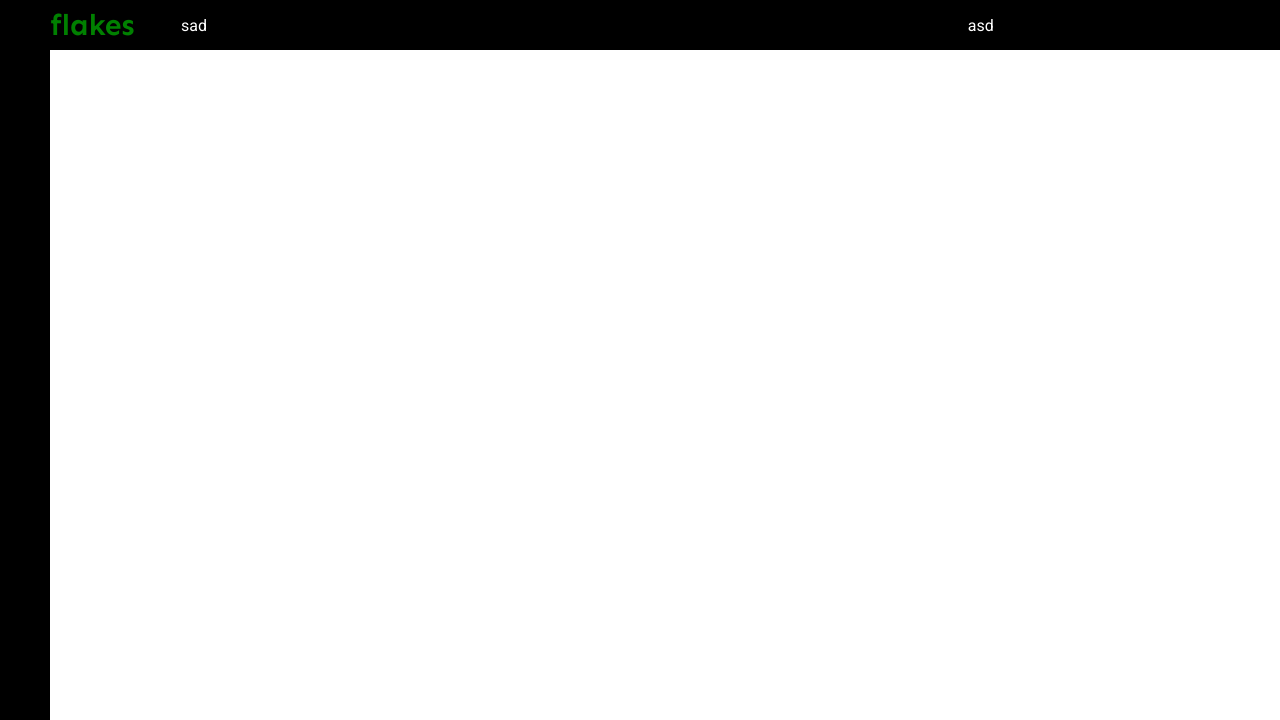
Repository: JulyK9/Movie-Website
Page: index.html
The author's editor kept a copy of each file at every save. The page is drawn from the files as they stood at one save, then again after the next save.
The browser window is 1280 px wide. The pictures show the whole page.

Above is the page before, as saved 2022-07-03 00:46:41.

### index.html
<!DOCTYPE html>
<html lang="en">
<head>
    <meta charset="UTF-8">
    <meta http-equiv="X-UA-Compatible" content="IE=edge">
    <meta name="viewport" content="width=device-width, initial-scale=1.0">
    <title>Movie design</title>
    <link rel="stylesheet" href="style.css">

    <link rel="preconnect" href="https://fonts.googleapis.com">
    <link rel="preconnect" href="https://fonts.gstatic.com" crossorigin>
    <link href="https://fonts.googleapis.com/css2?family=Roboto:wght@100;300;400;500;700;900&family=Sen:wght@400;700;800&display=swap" rel="stylesheet">
</head>

<body>
    <nav class="navbar">
        <div class="navbar-container">
            <div class="logo-container"><h1 class="logo">flakes</h1></div>
            <div class="menu-container">sad</div>
            <div class="profile-container">asd</div>
        </div>
    </nav>
    <div class="sidebar"></div>

</body>

</html>

### style.css
* {
    box-sizing: border-box;
    margin: 0;
}

body {
    font-family: 'Roboto', sans-serif;
    /* overflow: hidden; */
}

.navbar {
    width: 100%;
    height: 50px;
    background-color: black;
}

.navbar-container {
    height: 100%;
    display: flex;
    align-items: center;
    padding: 0 50px;
    color: white;
}

.logo-container {
    flex: 1;
}

.logo {
    font-family: 'Sen', sans-serif;
    font-size: 30px;
    color: green;
}

.menu-container {
    flex: 6;
}

.profile-container {
    flex: 2;
}

.sidebar {
    width: 50px;
    height: 100%;
    background-color: black;
    position: fixed;   /* 스크롤바 생기는 부분 제거 및 사이드바 고정 */
    top: 0;     /* 사이드바 상단 고정 */
}

After the next save:
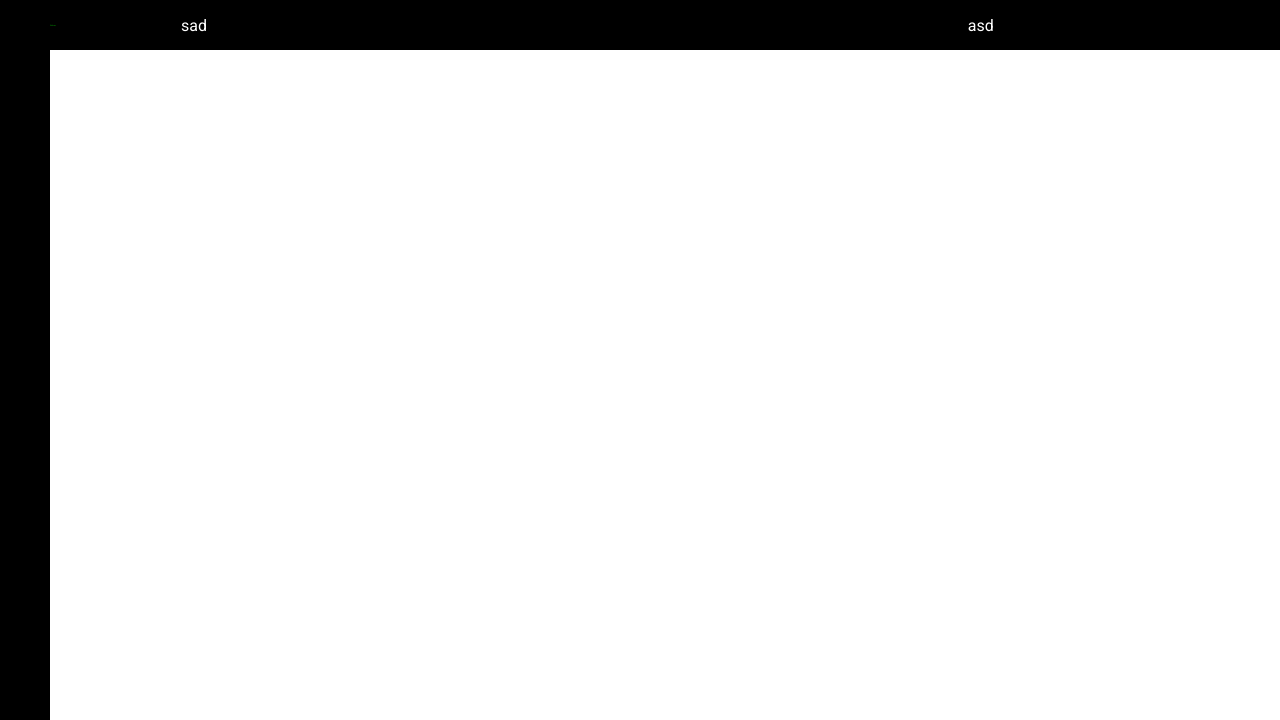
Saved 4 s later.
--- a/style.css
+++ b/style.css
@@ -28,7 +28,7 @@
 
 .logo {
     font-family: 'Sen', sans-serif;
-    font-size: 30px;
+    font-size: 2px;
     color: green;
 }
 

After the save that followed:
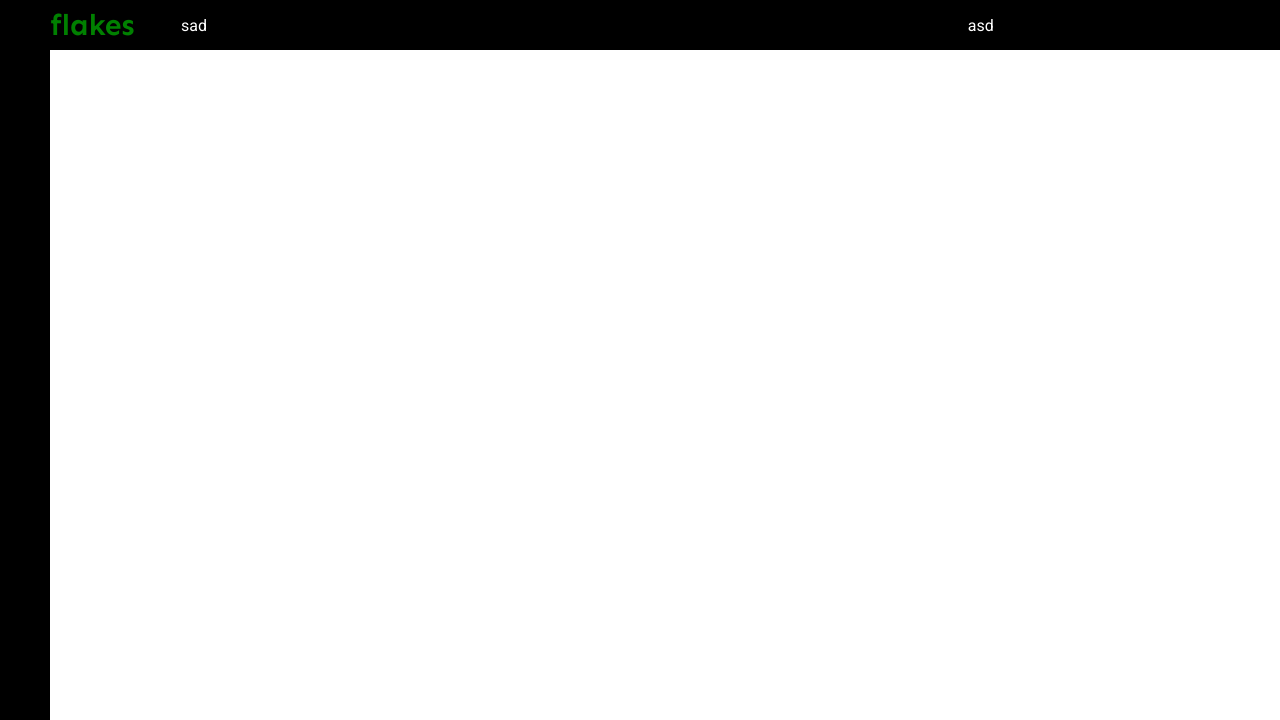
Saved 4 s later.
--- a/style.css
+++ b/style.css
@@ -28,7 +28,7 @@
 
 .logo {
     font-family: 'Sen', sans-serif;
-    font-size: 2px;
+    font-size: 30px;
     color: green;
 }
 
